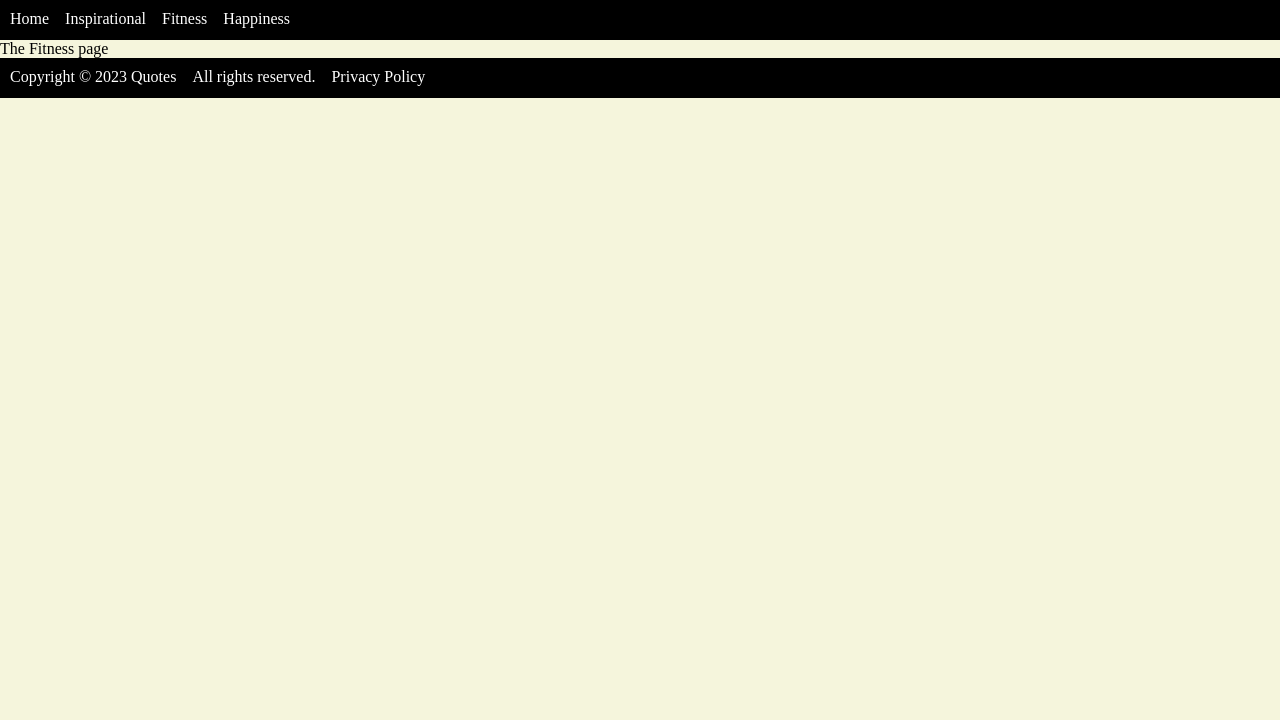
Repository: suraj-yadav7/quotes
Page: /fitness
The author's editor kept a copy of each file at every save. The page is drawn from the files as they stood at one save, then again after a run of saves.
The browser window is 1280 px wide. The pictures show the whole page.
The project was rebuilt for these pictures with package versions that can differ from the ones it lists, and the page was loaded fresh each time. Also part of the build but not shown: vite.config.js, src/components/Home.jsx, src/components/Inspirational.jsx, src/styles/happiness.scss, src/components/Happiness.jsx.

Above is the page before, as saved 2023-05-28 13:54:08.

### src/main.jsx
import React from 'react'
import ReactDOM from 'react-dom/client'
import App from './App.jsx'
import './index.css'
import { Provider } from 'react-redux'
import store from './store/store.jsx'

ReactDOM.createRoot(document.getElementById('root')).render(
  <Provider store={store}>
    <App />
  </Provider>,
)

### src/App.jsx
import React from 'react'
import './App.css'
import Home from './components/Home'
import Fitness from './components/Fitness'
import Inspirational from './components/Inspirational'
import Happiness from './components/Happiness'
import { BrowserRouter as Router, Routes, Route, Link } from 'react-router-dom'
import Navbar from './components/Navbar'
import Footer from './components/Footer'

function App() {

  return (
    <>
      <Router>
        <Navbar />
          <Routes>
            <Route exact path="/" element={<Home />} />
            <Route exact path="/fitness" element={<Fitness />} />
            <Route exact path="/inspiratinal" element={<Inspirational />} />
            <Route exact path="/happiness" element={<Happiness />} />
          </Routes>
         <Footer/>
      </Router>
    </>
  )
}

export default App

### src/store/store.jsx
import { configureStore } from "@reduxjs/toolkit";
import quoteSlice from "./slice/quoteSlice"

const store = configureStore({
    reducer:{
        quotes:quoteSlice
    }
})

export default store

### src/App.css

/* Navbar style */
.navbar{
    background-color: black;
    height: 2.5rem;
    width: 100%;
    >nav>ul{
        display: flex;
        flex-direction: row;
        gap: 1rem;
        padding: 10px;
        >.link{
            color:white;
            text-decoration:none;
            &:hover {
                color: rgb(212, 72, 16)
             }
        }
    }
}


/* footer styles */
.footer{
    background-color: black;
    height: 2.5rem;
    width: 100%;
    >ul{
        display: flex;
        flex-direction: row;
        gap: 1rem;
        padding: 10px;
        >li{
            color:white;
            text-decoration:none;
            list-style: none;
            &:hover {
                color: rgb(212, 72, 16)
             }
        }
    }
}

### src/components/Fitness.jsx
import React from "react"

const Fitness = ()=>{
    return(
        <>
        <div className="fitness">
            <p>The Fitness page</p>
        </div>

        </>


    )
}

export default Fitness;

### src/components/Navbar.jsx
import React from 'react'
import { Link } from 'react-router-dom'

const Navbar = () => {
  return (
    <>
    <div className='navbar'>
        <nav>
            <ul>
                <Link to="/" className="link">Home</Link>
                <Link to="inspiratinal" className="link">Inspirational</Link>
                <Link to="/fitness" className="link">Fitness</Link>
                <Link to="/happiness" className="link">Happiness</Link>
            </ul>
        </nav>
    </div>
    </>
  )
}

export default Navbar

### src/components/Footer.jsx
import React from 'react'

const Footer = () => {
  return (
    <>
      <footer className='footer'>
        <ul>
          <li>Copyright © 2023 Quotes</li>
          <li>All rights reserved.</li>
          <li>Privacy Policy</li>
        </ul>
      </footer>
    </>
  )
}

export default Footer

### src/store/slice/quoteSlice.jsx
import { createSlice, createAsyncThunk } from "@reduxjs/toolkit";

export const fetchQuotes = createAsyncThunk("fetchQuotes",async(arg,{rejectWithValue})=>{
    let response = await fetch("https://api.api-ninjas.com/v1/quotes?category=fitness",{
        method:"GET",
        headers:{
            "X-Api-Key":"MKsow2F2MHISb5jV14oA+Q==nvH7KU0O50jgm60V",
            "content-type":"application/json"
        },
    })

    try{
        let apiData = await response.json()
        console.log("the apiData", apiData[0])
        return apiData[0]

    }
    catch(error){
        rejectWithValue(error)
    }
})


const quoteSlice = createSlice({
    name:"quoteSlice",
    initialState:{
        quoteData:[],
        loading:false,
        error:null
    },

    reducers:{

    },
    extraReducers:{
        [fetchQuotes.pending]:(state)=>{
            state.loading=true
        },
        [fetchQuotes.fulfilled]:(state,action)=>{
            state.quoteData=(action.payload)
            state.loading=false
        },
        [fetchQuotes.rejected]:(state,action)=>{
            state.error=action.payload
        },

    }
})

export default quoteSlice.reducer
export const {}=quoteSlice.actions

### src/styles/home.scss
body{
    color: black;
    background-color: beige;
}
.main{
    height: 92vh;
}

### src/styles/fitness.scss
.fitness{
    height: 92vh;
}

Loaded but not shown: index.html (common file); src/index.css (common file)

After the next 2 saves:
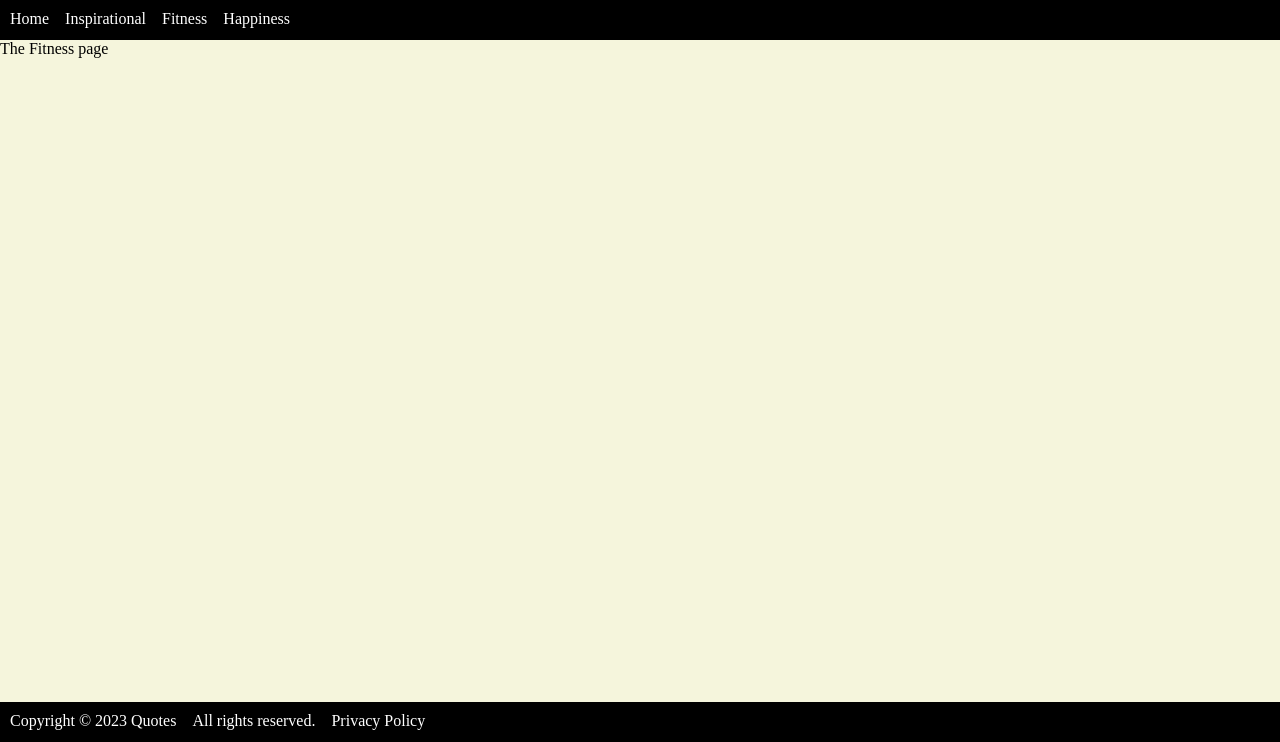
The 2 saves are shown as one change because they came seconds apart.
The last was saved 34 s later.
--- a/src/components/Fitness.jsx
+++ b/src/components/Fitness.jsx
@@ -1,4 +1,5 @@
 import React from "react"
+import "../styles/fitness.scss"
 
 const Fitness = ()=>{
     return(
